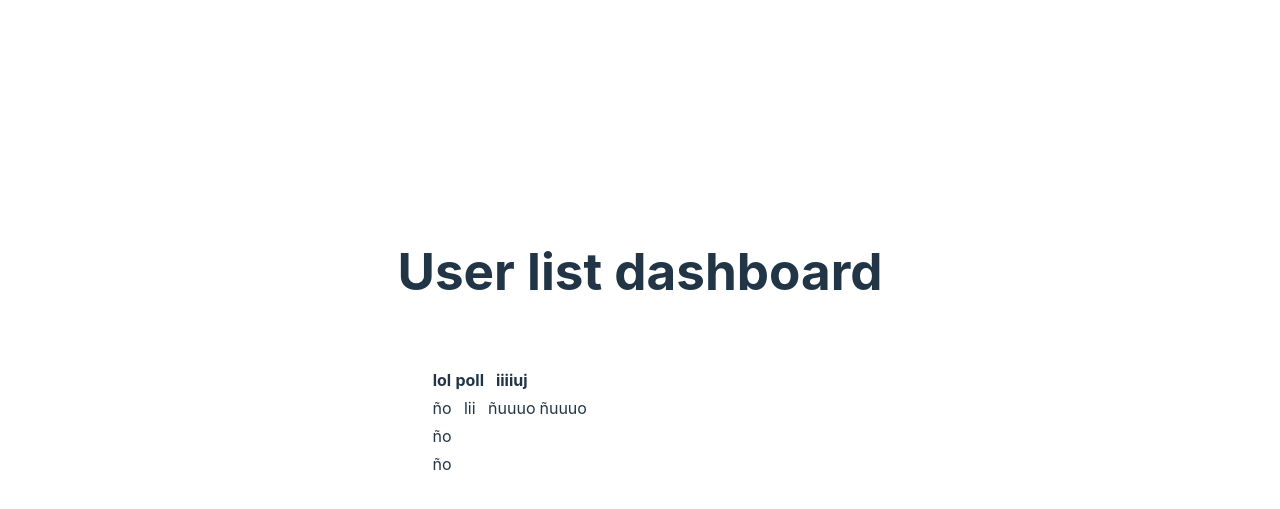
Repository: atzin-escandia/react-typescript-users-dashboard
Page: /
An editor plug-in stored every save of this project. The page is shown before and after the next save, followed by the edit.
The browser window is 1280 px wide. The pictures show the whole page.
The page's requests for data from a server got no answer. The project was rebuilt for these pictures with package versions that can differ from the ones it lists, and the page was loaded fresh each time. No one was signed in, and anything a server would have sent is missing. Also part of the build but not shown: vite.config.ts.

Above is the page before, as saved 2023-10-08 21:05:56.

After the next save:
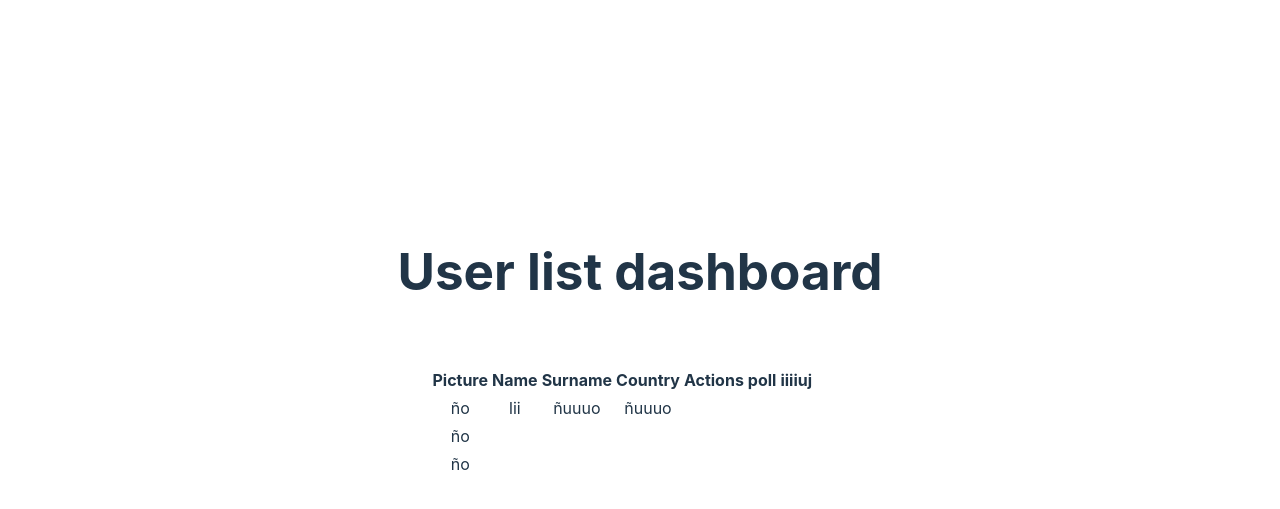
Saved 45 s later.
--- a/src/components/UsersList.tsx
+++ b/src/components/UsersList.tsx
@@ -5,7 +5,10 @@
     <div>
       <table>
         <tr>
-          <th>lol</th>
+          {TABLE_HEADER.map((title) => (
+            <th>{title}</th>
+          ))}
+
           <th>poll</th>
           <th>iiiiuj</th>
         </tr>
